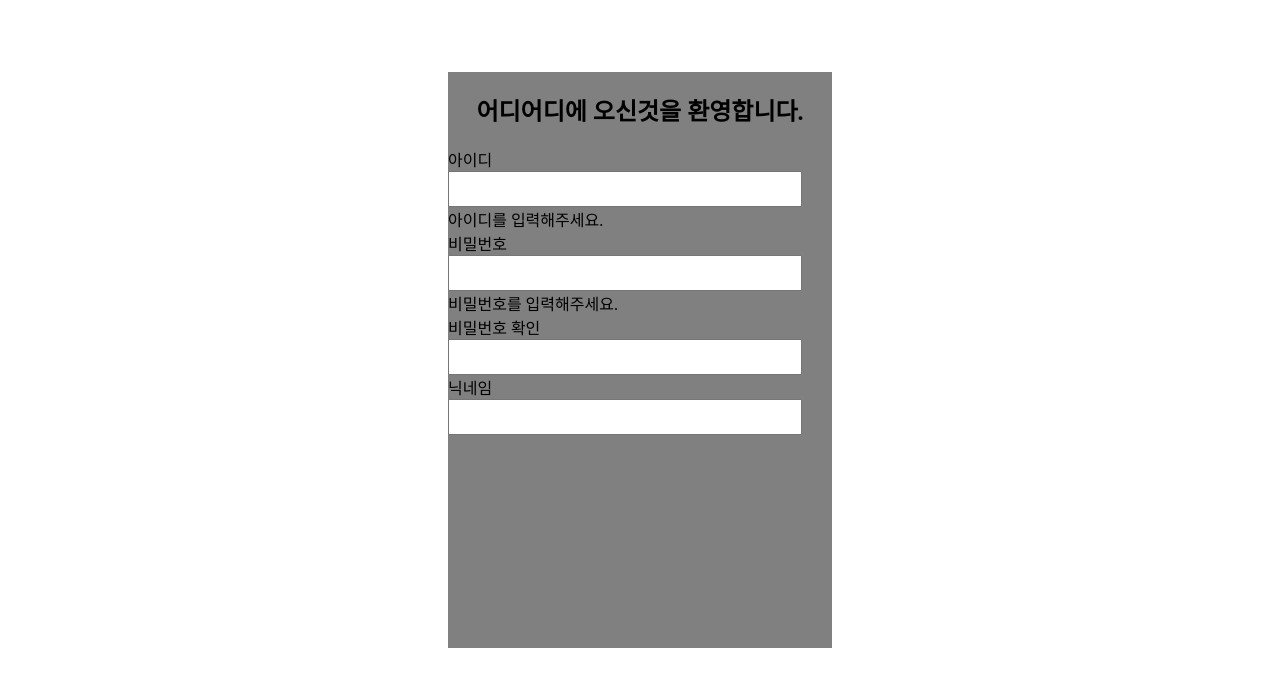
Repository: zzangyu/koreanFoodsProject
Page: http://localhost/koreanFoodsProject/koreanFoods/signUp.jsp
An editor plug-in stored every save of this project. The page is shown before and after a run of saves, followed by the edit.
The browser window is 1280 px wide. The pictures show the whole page.
The page is served by Tomcat 9. Other server files are loaded and not shown.

Above is the page before, as saved 2022-12-29 07:07:19.

### koreanFoodsProject/src/main/webapp/koreanFoods/signUp.jsp
<%@ page language="java" contentType="text/html; charset=UTF-8"
    pageEncoding="UTF-8"%>
<!DOCTYPE html>
<html>
<head>
<meta charset="UTF-8">
<link type="text/css" rel="stylesheet" href="css/kFoods.css">
<title>Sign Up</title>
</head>
<body>
	<form action="" id="signUp">
		<div id="signUp_Wrap">
			<h2>어디어디에 오신것을 환영합니다.</h2>
			<div>
				<div>아이디</div>
				<div>
					<input type="text" name="kf_id" class="signUp_input">
					<div id="signUp_idCheck">아이디를 입력해주세요.</div>
				</div>
			</div>
			<div>
				<label>비밀번호</label>
				<div>
					<input type="password" name="kf_password" class="signUp_input">
					<div id="signUp_idCheck">비밀번호를 입력해주세요.</div>
				</div>
			</div>
			<div>
				<label>비밀번호 확인</label>
				<div>
					<input type="password" name="kf_passwordCheck" class="signUp_input">
					<div id="signUp_idCheck"></div>
				</div>
			</div>
			<div>
				<label>닉네임</label>
				<div>
					<input type="text" name="kf_nickname" class="signUp_input">
				</div>
			</div>
		</div>
	</form>
</body>
</html>

### koreanFoodsProject/src/main/webapp/koreanFoods/css/kFoods.css
@charset "UTF-8";
html, body {
	margin: 0;
	padding: 0;
	width: 100%;
	height: 100%;
}
a {
	text-decoration: none;
}
#loginButton {
	background-color: yellow;
}
#loginButton a {
	color: red;
}
#signUp {
	width: 100%;
	height: 100%;
	display: flex;
	justify-content: center;
	align-items: center;
}
#signUp_Wrap {
	width: 30%;
	height: 80%;
	background-color: gray;
}
#signUp_Wrap h2 {
	text-align: center;
}
#signUp_Wrap div {
	width: 100%;
}
.signUp_input {
	width: 90%;
	height: 30px;
}

After the next 2 saves:
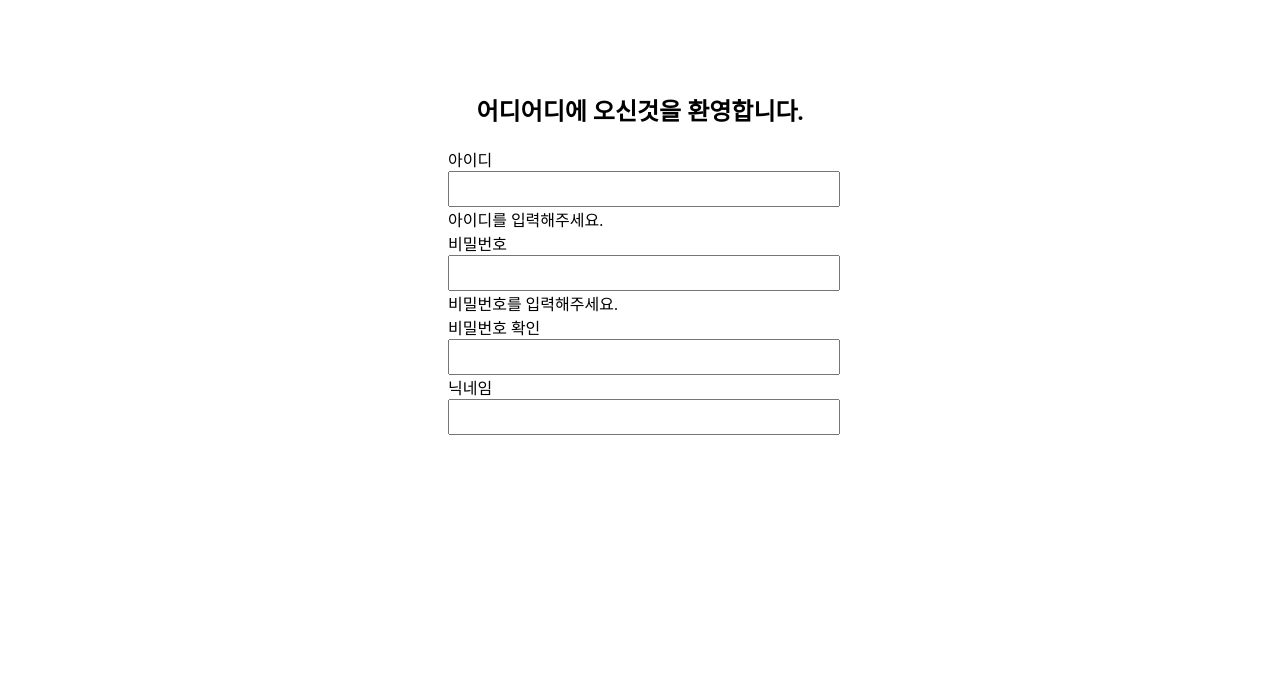
The 2 saves are shown as one change because they came seconds apart.
The last was saved 20 s later.
--- a/koreanFoodsProject/src/main/webapp/koreanFoods/css/kFoods.css
+++ b/koreanFoodsProject/src/main/webapp/koreanFoods/css/kFoods.css
@@ -24,7 +24,6 @@ a {
 #signUp_Wrap {
 	width: 30%;
 	height: 80%;
-	background-color: gray;
 }
 #signUp_Wrap h2 {
 	text-align: center;
@@ -33,6 +32,6 @@ a {
 	width: 100%;
 }
 .signUp_input {
-	width: 90%;
+	width: 100%;
 	height: 30px;
 }
